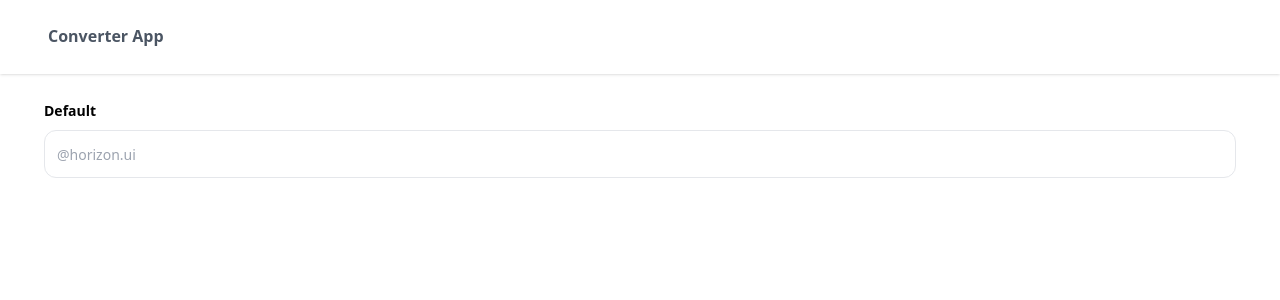
Repository: mikelCabezas/angular-exercices
Page: / (app in converter/)
An editor plug-in stored every save of this project. The page is shown before and after the next save, followed by the edit.
The browser window is 1280 px wide. The pictures show the whole page.
The project was rebuilt for these pictures with package versions that can differ from the ones it lists, and the page was loaded fresh each time. Also part of the build but not shown: converter/angular.json.

Above is the page before, as saved 2023-09-15 18:02:44.

### converter/src/app/app.module.ts
import { NgModule } from '@angular/core';
import { BrowserModule } from '@angular/platform-browser';

import { AppComponent } from './app.component';
import { NavbarComponent } from './components/navbar/navbar.component';
import { ConverterComponent } from './components/converter/converter.component';

@NgModule({
  declarations: [
    AppComponent,
    NavbarComponent,
    ConverterComponent
  ],
  imports: [
    BrowserModule
  ],
  providers: [],
  bootstrap: [AppComponent]
})
export class AppModule { }

### converter/src/app/app.component.ts
import { Component } from '@angular/core';

@Component({
  selector: 'app-root',
  templateUrl: './app.component.html',
  styleUrls: ['./app.component.css']
})
export class AppComponent {
  title = 'converter';
}

### converter/src/app/components/converter/converter.component.ts
import { Component } from '@angular/core';

@Component({
  selector: 'app-converter',
  templateUrl: './converter.component.html',
  styleUrls: ['./converter.component.css']
})
export class ConverterComponent {

}

### converter/src/app/app.component.html
<app-navbar/>
<app-converter/>

### converter/src/app/components/navbar/navbar.component.html
<nav class="bg-white shadow dark:bg-gray-800">
    <div class="container flex items-center  p-6 mx-auto text-gray-600 capitalize dark:text-gray-300">
        <a href="#" class="border-b-2 border-transparent hover:text-gray-800 dark:hover:text-gray-200 hover:border-blue-500 mx-1.5 sm:mx-6 font-bold">
            Converter App
        </a>
    </div>
</nav>

### converter/src/app/components/converter/converter.component.html
<div class="container mx-auto p-6">
    <div class="row">
        <div class="col px-5">
            <div class="mb-3">
                <label for="email" class="text-sm text-navy-700 dark:text-white font-bold">Default</label>
                <input
                    type="text"
                    id="email"
                    placeholder="@horizon.ui"
                    class="mt-2 flex h-12 w-full items-center justify-center rounded-xl border bg-white/0 p-3 text-sm outline-none border-gray-200"
                >
            </div>
        </div>
        <div class="col"></div>
        <div class="col"></div>
    </div>
</div>

Loaded but not shown: converter/src/index.html (common file); converter/src/styles.css (common file); converter/src/main.ts (common file); converter/src/app/components/navbar/navbar.component.ts (common file); converter/tailwind.config.js (common file); converter/src/app/app.component.css (no stored copy; drawn as an empty file); converter/src/app/components/navbar/navbar.component.css (no stored copy; drawn as an empty file); converter/src/app/components/converter/converter.component.css (no stored copy; drawn as an empty file)

After the next save:
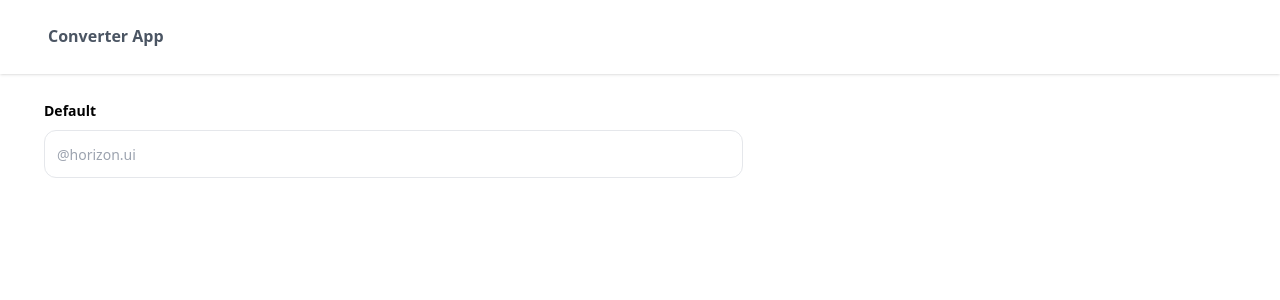
Saved 18 s later.
--- a/converter/src/app/components/converter/converter.component.html
+++ b/converter/src/app/components/converter/converter.component.html
@@ -1,5 +1,5 @@
 <div class="container mx-auto p-6">
-    <div class="row">
+    <div class="row w-3/5">
         <div class="col px-5">
             <div class="mb-3">
                 <label for="email" class="text-sm text-navy-700 dark:text-white font-bold">Default</label>
